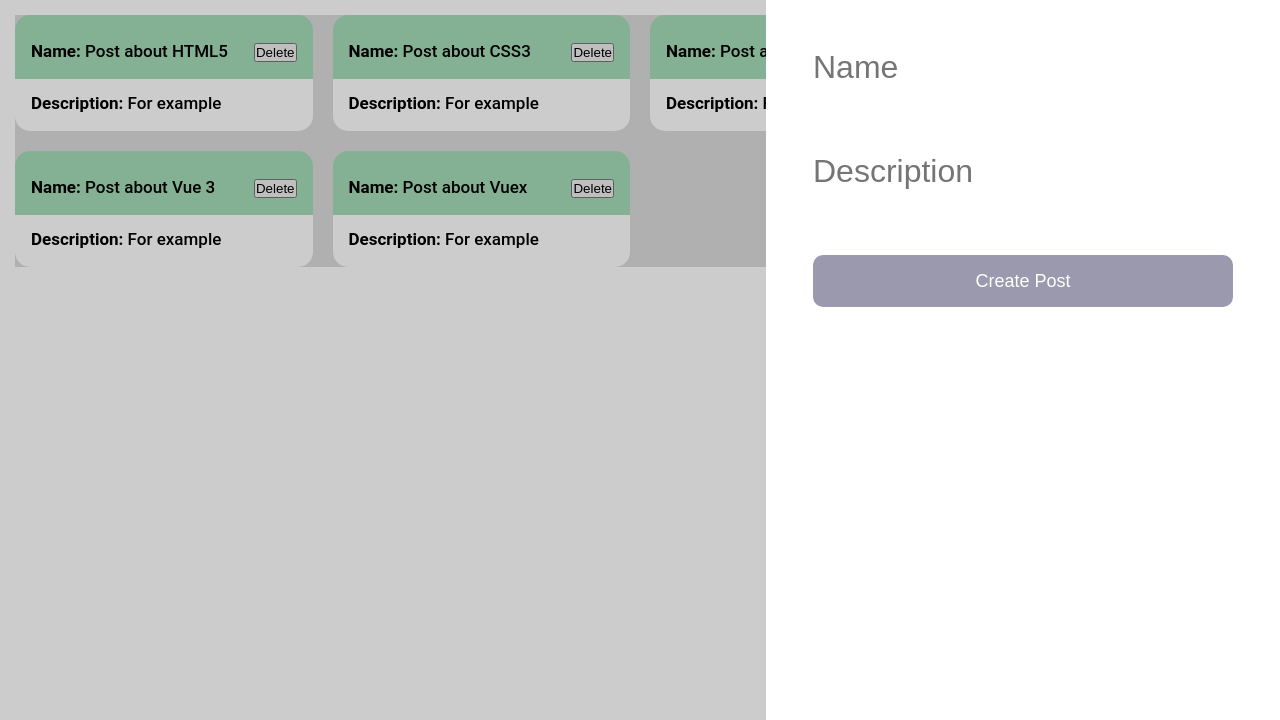
Repository: Axeliriya/vue-todo
Page: /
The author's editor kept a copy of each file at every save. The page is drawn from the files as they stood at one save, then again after the next save.
The browser window is 1280 px wide. The pictures show the whole page.
The project was rebuilt for these pictures with package versions that can differ from the ones it lists, and the page was loaded fresh each time. Also part of the build but not shown: vue.config.js.

Above is the page before, as saved 2022-04-01 20:49:00.

### public/index.html
<!DOCTYPE html>
<html lang="">
  <head>
    <meta charset="utf-8">
    <meta name="viewport" content="width=device-width,initial-scale=1.0">
    <link rel="icon" href="<%= BASE_URL %>favicon.ico">
    <title>Todo</title>
  </head>
  <body>
    <div id="app"></div>
  </body>
</html>

### src/App.vue
<template>
  <div class="app">
    <post-list :posts="posts" />
    <post-modal><post-form @create="createPost" /></post-modal>
  </div>
</template>

<script>
import PostList from '@/components/PostList';
import PostModal from '@/components/PostModal';
import PostForm from '@/components/PostForm';

export default {
  components: {
    PostList,
    PostModal,
    PostForm,
  },
  data() {
    return {
      posts: [
        { id: Date.now(), title: 'Post about HTML5', body: 'For example' },
        { id: Date.now() + 1, title: 'Post about CSS3', body: 'For example' },
        { id: Date.now() + 2, title: 'Post about React', body: 'For example' },
        { id: Date.now() + 3, title: 'Post about Redux', body: 'For example' },
        { id: Date.now() + 4, title: 'Post about Vue 3', body: 'For example' },
        { id: Date.now() + 5, title: 'Post about Vuex', body: 'For example' },
      ],
    };
  },
  methods: {
    createPost(post) {
      this.posts.push(post);
    },
  },
};
</script>

<style>
* {
  margin: 0;
  padding: 0;
  box-sizing: border-box;
}

body {
  font-family: 'Roboto', sans-serif;
}

ul {
  list-style-type: none;
}

img {
  display: block;
  width: 100%;
  height: auto;
}

.app {
  padding: 15px;
}
</style>

### src/components/PostList.vue
<template>
  <ul class="posts">
    <post-item v-for="post in posts" :post="post" :key="post.id" />
  </ul>
</template>

<script>
import PostItem from '@/components/PostItem';

export default {
  components: {
    PostItem,
  },
  props: {
    posts: {
      type: Array,
      required: true,
    },
  },
};
</script>

<style scoped>
.posts {
  display: grid;
  grid-template-columns: repeat(4, 1fr);
  gap: 20px;
  background-color: gainsboro;
}
</style>

### src/components/PostModal.vue
<template>
  <div class="overlay">
    <div class="modal">
      <slot></slot>
    </div>
  </div>
</template>

<script>
export default {};
</script>

<style scoped>
.overlay {
  position: fixed;
  top: 0;
  left: 0;
  width: 100%;
  height: 100vh;
  background-color: rgb(0, 0, 0, 0.2);
  display: flex;
  justify-content: end;
}

.modal {
  padding: 15px;
  background-color: #fff;
}
</style>

### src/components/PostForm.vue
<template>
  <form class="form" @submit.prevent>
    <input v-model="post.title" class="input" type="text" placeholder="Name" />
    <input
      v-model="post.body"
      class="input"
      type="text"
      placeholder="Description"
    />
    <div @click="createPost" class="button__wrapper">
      <button class="button" @click="createPost">Create Post</button>
    </div>
  </form>
</template>

<script>
export default {
  data() {
    return {
      post: {
        title: '',
        body: '',
      },
    };
  },
  methods: {
    createPost() {
      this.post.id = Date.now();
      this.$emit('create', this.post);
      this.post = {
        title: '',
        body: '',
      };
    },
  },
};
</script>

<style scoped>
.form {
  display: grid;
  grid-template-columns: 1fr;
}

.input {
  background-color: transparent;
  border: none;
  padding: 32px;
  font-weight: 400;
  font-size: 32px;
  line-height: 40px;
}

.button__wrapper {
  padding: 32px;
}

.button {
  width: 100%;
  border: none;
  background: rgb(3, 2, 53, 0.4);
  border-radius: 10px;
  padding: 16px;
  color: #ffffff;
  font-weight: 500;
  font-size: 18px;
  line-height: 20px;
  cursor: pointer;
}

.button:hover {
  background: rgb(3, 2, 53, 0.5);
}
</style>

### src/components/PostItem.vue
<template>
  <li class="post">
    <div class="post__title">
      <div><strong>Name: </strong>{{ post.title }}</div>
      <div class="post__button"><button>Delete</button></div>
    </div>
    <div class="post__description">
      <strong>Description: </strong>{{ post.body }}
    </div>
  </li>
</template>

<script>
export default {
  props: {
    post: {
      type: Object,
      required: true,
    },
  },
};
</script>

<style scoped>
.post {
  border-radius: 15px;
  font-weight: 500;
  font-size: 17px;
  line-height: 24px;
}

.post__title {
  display: flex;
  flex-direction: row;
  justify-content: space-between;
  padding: 24px 16px 16px 16px;
  border-radius: 15px 15px 0 0;
  background-color: #a5ddb8;
}

.post__description {
  padding: 12px 16px 16px 16px;
  border-radius: 0 0 15px 15px;
  background-color: #ffffff;
}

.post__button {
}
</style>

Loaded but not shown: src/main.js (common file)

After the next save:
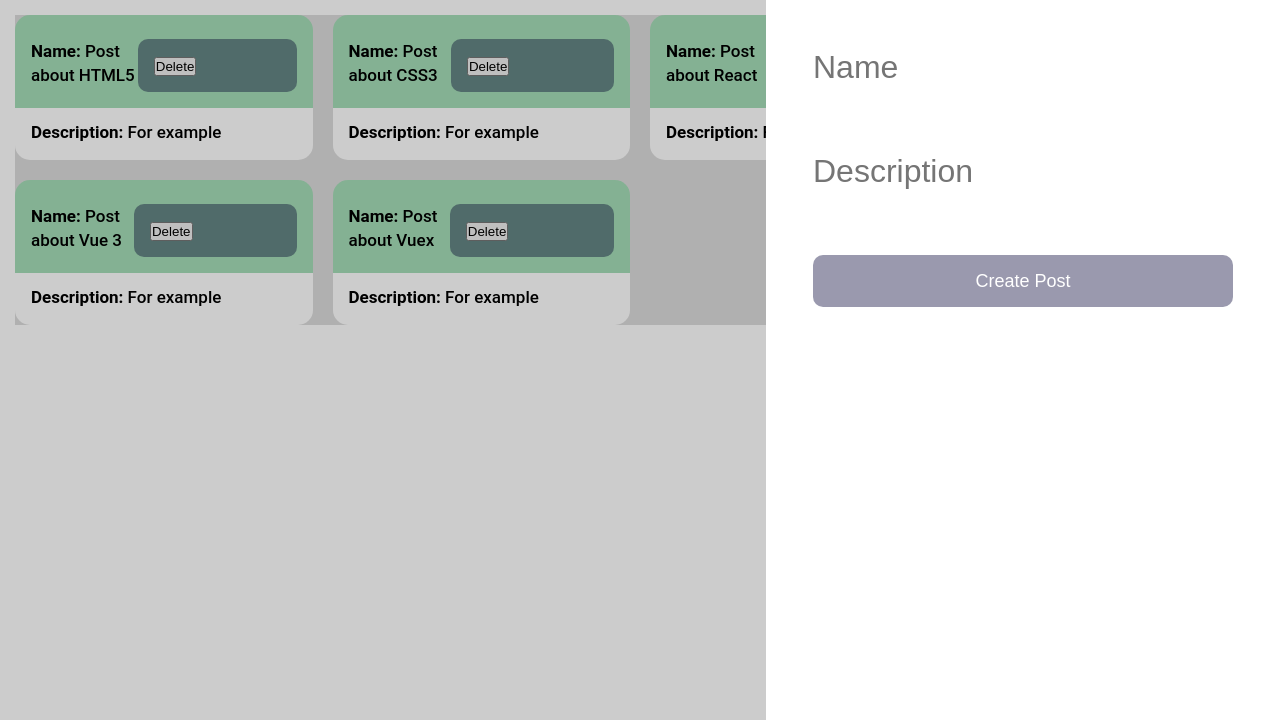
Saved 46 s later.
--- a/src/components/PostItem.vue
+++ b/src/components/PostItem.vue
@@ -45,5 +45,19 @@ export default {
 }
 
 .post__button {
+  width: 100%;
+  border: none;
+  background: rgb(3, 2, 53, 0.4);
+  border-radius: 10px;
+  padding: 16px;
+  color: #ffffff;
+  font-weight: 500;
+  font-size: 18px;
+  line-height: 20px;
+  cursor: pointer;
+}
+
+.post__button:hover {
+  background: rgb(3, 2, 53, 0.5);
 }
 </style>
